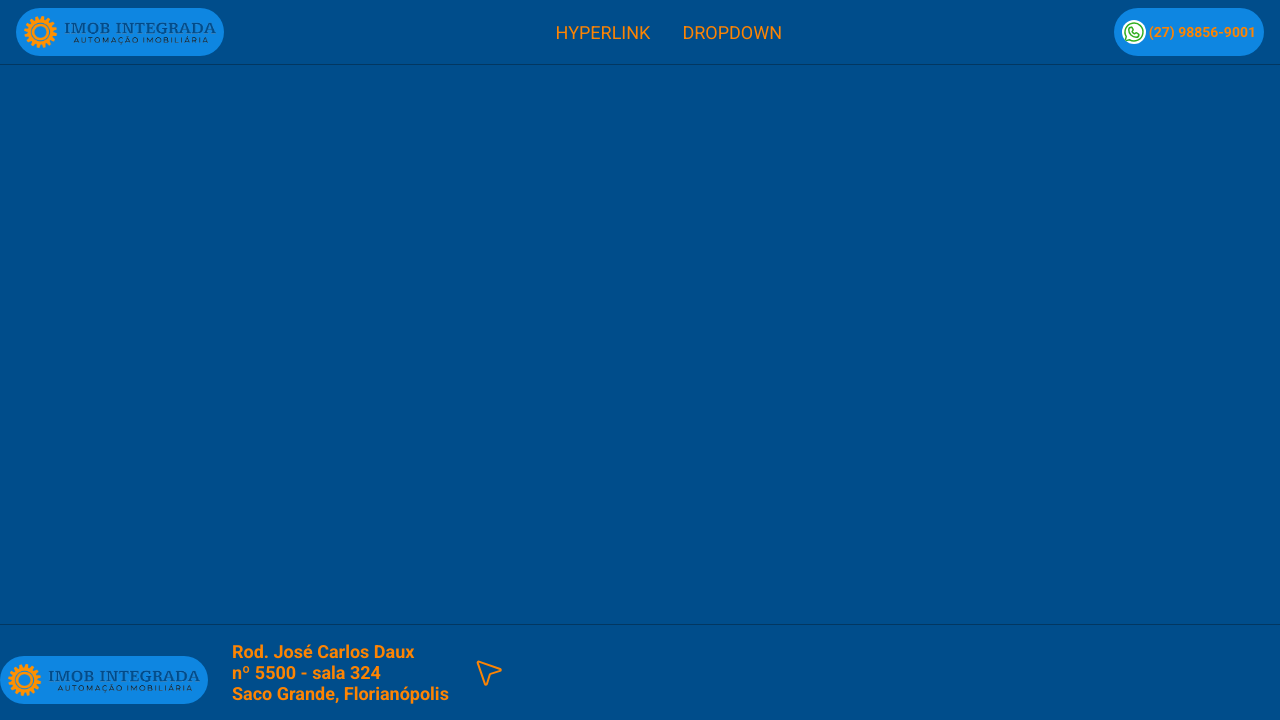
Repository: K0slov/testeAPI
Page: /
These files come from the project's save history. The page is drawn as it stood at one moment and after the next save; the edit follows.
The browser window is 1280 px wide. The pictures show the whole page.
The page's requests for data from a server got no answer. The project was rebuilt for these pictures with package versions that can differ from the ones it lists, and the page was loaded fresh each time. No one was signed in, and anything a server would have sent is missing. Also part of the build but not shown: vite.config.ts, src/components/SelectBar/styles.css, src/components/SelectBar/selectBar.tsx.

Above is the page before, as saved 2022-06-29 01:13:16.

### index.html
<!DOCTYPE html>
<html lang="en">
  <head>
    <meta charset="UTF-8" />
    <link rel="icon" type="image/svg+xml" href="/src/favicon.svg" />
    <meta name="viewport" content="width=device-width, initial-scale=1.0" />
    <link rel="preconnect" href="https://fonts.googleapis.com" />
    <link rel="preconnect" href="https://fonts.gstatic.com" crossorigin />
    <link href="https://fonts.googleapis.com/css2?family=Roboto:wght@400;500;700&display=swap" rel="stylesheet" />
    <title>Teste Imob</title>
  </head>
  <body>
    <div id="root"></div>
    <script type="module" src="/src/main.tsx"></script>
  </body>
</html>

### src/App.tsx
import { Footer } from "./components/Footer/footer"
import { Header } from "./components/Header/header"
import { Home } from "./pages/home"

function App() {
  return (
    <>
      <Header />
        <Home />
      <Footer />
    </>
  )
}

export default App

### src/styles/global.css
body {
  width: 100%;
  height: 100%;
  margin: 0;
  font-family: 'Roboto', sans-serif;
  font-size: 18px;
  -webkit-font-smoothing: antialiased;
  -moz-osx-font-smoothing: grayscale;
  background-color: #004d8b;
  color: white;
}
code {
  font-family: source-code-pro, Menlo, Monaco, Consolas, 'Courier New',
    monospace;
}

### src/components/Footer/footer.tsx
import './style.css'
import image from '../../assets/logoLaranja.png'
import { NavigationArrow } from 'phosphor-react'

export function Footer() {
    return (
        <footer>
            <img src={image} />
            <a className='adressLink' href='https://www.google.com/maps/dir/-20.165736,-40.2578957/imob+integrada/@-23.8194615,-49.2158798,6z/data=!3m1!4b1!4m9!4m8!1m1!4e1!1m5!1m1!1s0x9527473fa16aca85:0xaacb5a64ef59b145!2m2!1d-48.5090423!2d-27.5352896' target='_blank'>
                <div className='adress'>
                    <span>Rod. José Carlos Daux</span>
                    <span>nº 5500 - sala 324</span>
                    <span>Saco Grande, Florianópolis</span>
                </div>
                <NavigationArrow size={32} />
            </a>
        </footer>
    )
}

### src/components/Header/header.tsx
import './style.css'
import image from '../../assets/logoLaranja.png'
import { WhatsappLogo } from "phosphor-react";
import { useState } from 'react';
import { SelectBar } from '../SelectBar/selectBar';

export function Header() {
    const [navbar, setNavbar] = useState(false)
    const showSidebar = () => setNavbar(!navbar)

    return(
        <header className='header'>
            <img className='img' src={image} />

            <nav className="menu">
                <a className="menu-item" href="https://www.youtube.com/watch?v=FavUpD_IjVY&t=2s" target='_blank'>HYPERLINK</a>
                <a  onClick={showSidebar}><span className="menu-item"> DROPDOWN</span>
                <nav className={navbar ? 'nav-menu active' : 'nav-menu'}>
                    <ul className='nav-menu-items' onClick={showSidebar}>
                    {navbar && <SelectBar />}
                    </ul>
                </nav>
                </a>
            </nav>

            <a className="wppLink" href="https://wa.me/+5527988569001" target="_blank">
                <div className="wpp">
                    <WhatsappLogo className="icon" size={24} color="#34af23" />
                    <p className="number">(27) 98856-9001</p>
                </div>
            </a>
        </header>
    )
}

### src/pages/home.tsx
import { Card } from "../components/Card/card";
import { CardsGroup } from "../components/CardsGroup/cardsGroup";
import { Conteudo } from "../components/Conteudo/conteudo";

export function Home() {
    return(
        <>
            {/* <h1 style={{display: "flex", alignItems: "center", flexDirection: "column-reverse", color: "#fd8402", cursor: "default" }}> Teste de chamada de API </h1>
            <CardsGroup /> */}
            {/* <Conteudo /> */}
            <Card />
        </>
    )
}

### src/components/Footer/style.css
footer {
    width: 100%;
    padding: 1rem 0rem;
    background-color: #004d8b;
    display: flex;
    color: #fd8402;
    bottom: 0;
    align-items: self-end;
    justify-content: flex-start;
    border-top: 1px solid;
    border-color: #023761;
    position: fixed;
}
img {
    width: 12rem;
    height: 2rem;
    background: #0e86e1;
    border-radius: 5rem;
    padding: 0.5rem;
}
.adress {
    display: flex;
    flex-direction: column;
    margin: 0rem 1.5rem;
}
.adressLink {
    text-decoration: none;
    color: #fd8402;
    font-weight: bold;
    display: flex;
    align-items: center;
    justify-content: flex-start;
}

### src/components/Header/style.css
.header{
    padding: 0.5rem 1rem;
    background-color: #004d8b;
    display: flex;
    align-items: center;
    color: #fd8402;
    justify-content: space-between;
    border-bottom: 1px solid ;
    border-color: #023761;
}
.img{
    width: 12rem;
    height: 2rem;
    background: #0e86e1;
    border-radius: 5rem;
    padding: 0.5rem;
}
.wpp {
    width: auto;
    height: 2rem;
    display: flex;
    flex-direction: row;
    background: #0e86e1;
    border-radius: 5rem;
    padding: 0.5rem;
    align-items: center;
    justify-content: flex-start;
}
.number {
    margin-left: 0.2rem;
    font-size: 14px;
}
.wppLink {
    text-decoration: none;
    color: #fd8402;
    font-weight: bold;
}
.wppLink:hover {
    color: #0e86e1;
    transition-duration: 150ms;
}
.wpp:hover {
    background: #fd8402;
    transition-duration: 150ms;
}
.menu {
    display: flex;
    justify-content: space-between;
}

.menu-item {
    margin: 0rem 1rem;
    color: #fd8402;
    text-decoration: none;
    cursor: pointer;
}
.menu-item:hover {
    opacity: 40%;
}
.icon {
    background: white;
    border-radius: 50%;
}
.nav-menu-items {
    position: fixed;
    display: flex;
    margin: 0;
    transition-duration: 250ms;
}

### src/components/Card/card.tsx
import axios from 'axios';
import { useEffect, useState } from 'react';
import './style.css'

interface Data {
    userId: number
    id: number
    title: string
    body: string
}
export function Card() {
  const [data, setData] = useState<Data[]>([] as Data[]);

    useEffect(() =>{
        axios.get<Data[]>('https://jsonplaceholder.typicode.com/posts')
          .then(({ data }) => {
            setData(data)
          })
      }, [])

    return (
        <>
        <div className='titulo'>
            <ul className='ul'>
            {data.slice(0, 1).map((data: Data) => (
                <li className="click" key={data.id}>
                    <a className="click" href='#' target='_blank'>

                        <span className="spanTitle">{data.title}</span>

                    </a>
                </li>
            ))}
            </ul>
        </div>
        </>
    );
}

### src/components/Card/style.css
.card {
    width: 18rem;
    height: 6rem;
    display: flex;
    border: 2px solid;
    border-radius: 1rem;
    border-color: #000;
    flex-direction: column;
    background-color: #E4E2E4;
    align-items: center;
    justify-content: center;
    margin: 1rem;
    box-sizing: border-box;
}
.titulo {
    border-color: #000;
    display: flex;
    padding: 1rem;
    width: 100%;
    height: auto;
    box-sizing: border-box;
    align-items: center;
    justify-content: center;
    }
.spanTitle {
    display: flex;
    color: #000;
    font-size: 20px;
    max-height: 4ch;
    overflow: hidden;
    text-overflow: ellipsis;
}
.click {
    text-decoration: none;
}
.click:hover {
    opacity: 70%;
    transition-color: 150ms;
}

Loaded but not shown: src/main.tsx (common file)

After the next save:
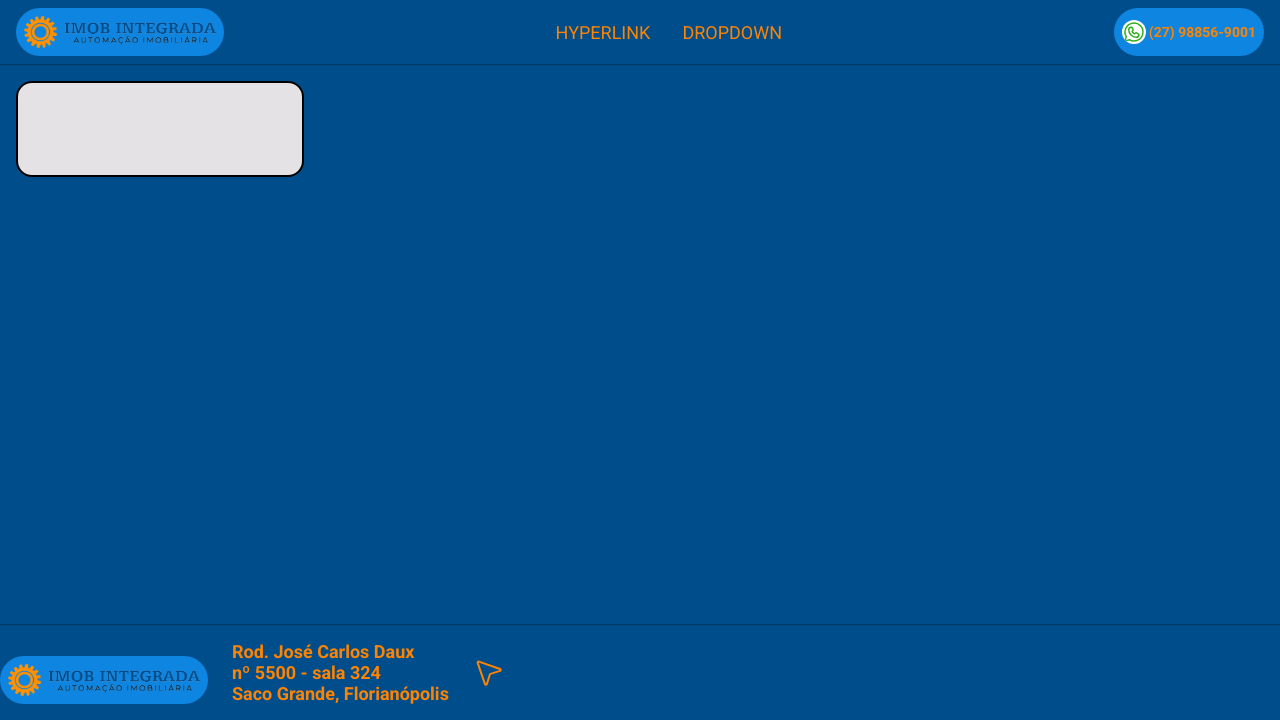
Saved 36 s later.
--- a/src/components/Card/card.tsx
+++ b/src/components/Card/card.tsx
@@ -20,7 +20,7 @@ export function Card() {
 
     return (
         <>
-        <div className='titulo'>
+        <div className='card'>
             <ul className='ul'>
             {data.slice(0, 1).map((data: Data) => (
                 <li className="click" key={data.id}>
